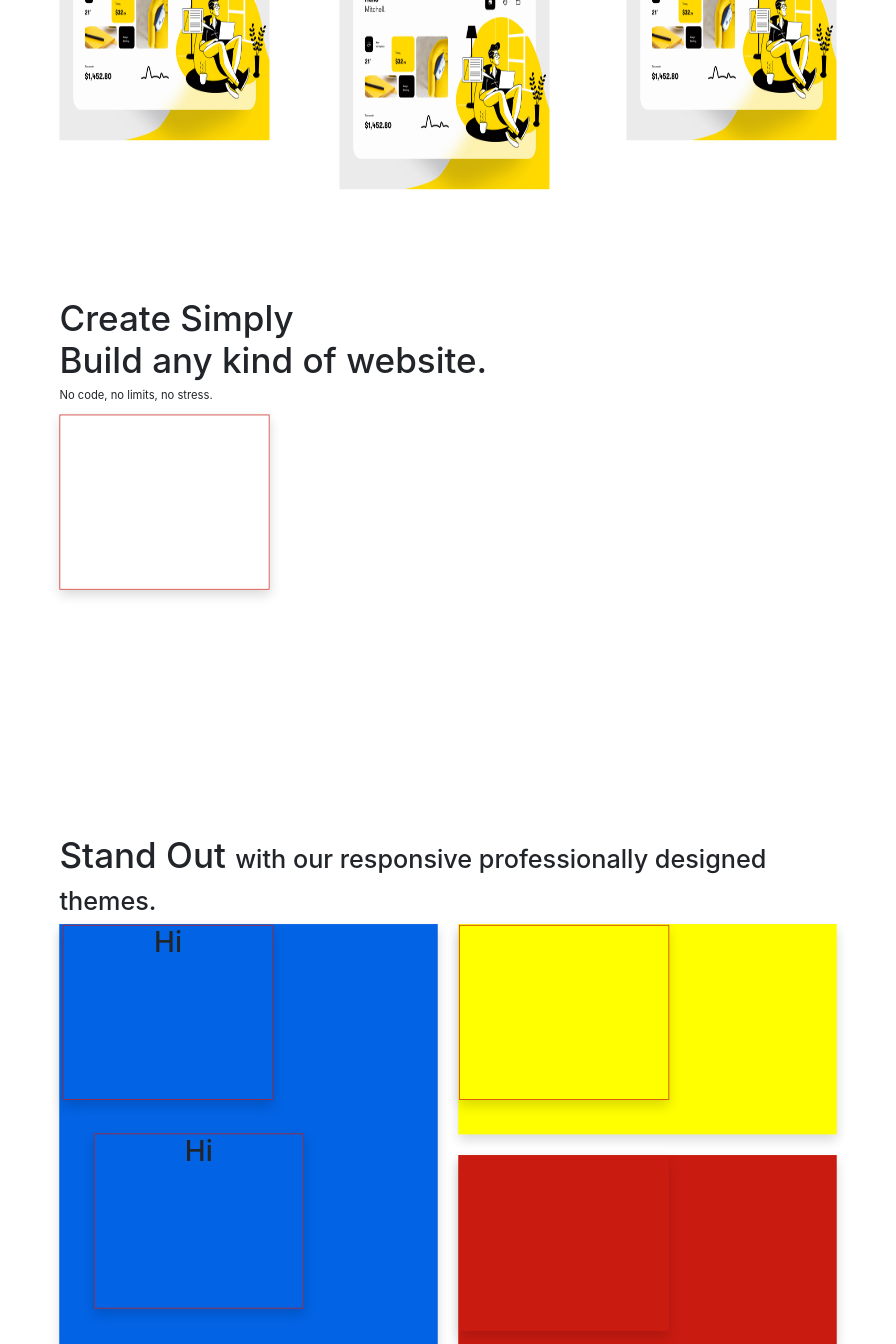
Repository: latenightsnacc/Static-Web-Projects
Page: Dunno Yet/index.html
The author's editor kept a copy of each file at every save. The page is drawn from the files as they stood at one save, then again after the next save.
The browser window is 1280 px wide. The pictures show the part of the page from y = 1016 to 2936 px (the page is 2936 px tall), at 70% of full size.
The style sheet was rebuilt from its Sass, Less or Tailwind sources for each picture, by a compiler version that may differ from the author's.

Above is the page before, as saved 2020-11-11 10:22:45.

### Dunno Yet/index.html
<!DOCTYPE html>
<html lang="en">
<head>
    <meta charset="UTF-8">
    <meta name="viewport" content="width=device-width, initial-scale=1.0">
    <!--Tailwind CDN-->
    <link rel="stylesheet" href="https://cdnjs.cloudflare.com/ajax/libs/tailwindcss/1.9.6/base.min.css" integrity="sha512-hEjkvMSM0ql6VJcNK0gTmjt9ar8F2yHeBUbJKtyvQhkkbGMhiJ4+MaiB8XxsthLAHJx5vy2I9dN0un8HiWG2LA==" crossorigin="anonymous" />
    <link rel="stylesheet" href="https://cdnjs.cloudflare.com/ajax/libs/tailwindcss/1.9.6/components.min.css" integrity="sha512-TizAONqhvXjEfRPhptSUkZNVU497PzAnXNGNUoeOjeni4dHpJ+ak+ZsyoGna20LH/yg1PvdufN1VbnVQeVDftg==" crossorigin="anonymous" />
    <link rel="stylesheet" href="https://cdnjs.cloudflare.com/ajax/libs/tailwindcss/1.9.6/tailwind.css" integrity="sha512-HY1FOTeAX9idUBWDhVDrBg8QUHBisKVQ4BCVj1jFo5z76mk87w4Rr5YGP8nBkcGmoMzqYvdeXHMOg/olF45z3g==" crossorigin="anonymous" />
    <link rel="stylesheet" href="https://cdnjs.cloudflare.com/ajax/libs/tailwindcss/1.9.6/utilities.min.css" integrity="sha512-0QJfuLKyYJWGB5hKArJW67xqMLDlR8YaLM/ZuW2mRn4NRwHNsGm7UuREc5Fu7jONHyewPKnGODY0N8G+FQbfxg==" crossorigin="anonymous" />
    <!--Bootstrap CDN-->
    <link rel="stylesheet" href="https://cdn.jsdelivr.net/npm/bootstrap@4.5.3/dist/css/bootstrap.min.css" integrity="sha384-TX8t27EcRE3e/ihU7zmQxVncDAy5uIKz4rEkgIXeMed4M0jlfIDPvg6uqKI2xXr2" crossorigin="anonymous">
    <!--Custom Stylesheet-->
    <link rel="stylesheet" href="styles/stylesheet.css">
    <!-- <link rel="stylesheet" href="styles/loader.css"> -->
    <title>Home</title>
</head>
<body>
        <!--PreLoader-->
<div class="loader_bg">
    <div class="loader"></div>
</div>
    <!--Navbar-->
    <nav class="navbar navbar-expand-lg navbar-light  bg-transparent fixed-top p-3 mb-5 bg-white rounded" id="navbar">
        <div class="container">
            <a class="navbar-brand" href="#">Navbar</a>
            <button class="navbar-toggler" type="button" data-toggle="collapse" data-target="#navbarNavDropdown" aria-controls="navbarNavDropdown" aria-expanded="false" aria-label="Toggle navigation">
              <span class="navbar-toggler-icon"></span>
            </button>
            <div class="collapse navbar-collapse" id="navbarNavDropdown">
              <ul class="navbar-nav ml-auto">
                <li class="nav-item active">
                  <a class="nav-link" href="#">Home</a>
                </li>
                <li class="nav-item dropdown">
                    <a class="nav-link dropdown-toggle" href="#" id="navbarDropdownMenuLink" role="button" data-toggle="dropdown" aria-haspopup="true" aria-expanded="false">
                      Products
                    </a>
                    <div class="dropdown-menu" aria-labelledby="navbarDropdownMenuLink">
                      <a class="dropdown-item" href="#">Blog</a>
                      <a class="dropdown-item" href="#">Website</a>
                      <a class="dropdown-item" href="#">E-commerce</a>
                      <a class="dropdown-item" href="#">Domain</a>
                      <a class="dropdown-item" href="#">Hosting</a>
                    </div>
                  </li>
                <li class="nav-item">
                  <a class="nav-link" href="#">Pricing</a>
                </li>
                <li class="nav-item">
                    <a class="nav-link" href="#">Login</a>
                </li>
                <li class="nav-item">
                    <a class="nav-link btn" href="#">Get Started</a>
                </li>
              </ul>
            </div>
        </nav>
    </div>
    <!-- End of Navbar-->


    <!--Banner-->
    <section class="min-h-screen" id="banner">
        <div class="container">
            <div class="row pt-5">
                <!--Banner Text-->
                <div class="col-xs-12 col-s-12 col-md-6 col-lg-6 col-xl-6">
                    <div class="text-box banner-txt">
                        <h1 class="">Earn Money, <br/> While you sleep.</h1>
                        <h5 class="">Lorem ipsum dolor sit amet consectetur adipisicing.</h5>
                        <button class="bg-blue-500 hover:bg-blue-700 text-white font-bold py-2 px-4 rounded">Start</button>
                    </div>
                </div>
                <!--Banner Image-->
                <div class="col-xs-12 col-s-12 col-md-6 col-lg-6 col-xl-6">
                    <a href="#">
                        <img class="banner-img" src="assets/video-conferencing.jpeg" alt="banner image"/>
                    </a>
                </div>
            </div>
        </div>
    </section>
    <!--End of Banner-->

    <!--Services-->
    <section class="min-h-screen" id="services">
        <div class="container">
            <div class="absolute-box">
                <div class="title-box text-center">
                    <h2 class="section-title pb-5"><span class="">Get a website.</span> <span class="color">Sell your products.</span><br/><span class="hi">Start a blog.</span> </h2>
                </div>
                <div class="images">
                    <div class="img-1 ">
                        <a href="#">
                            <img src="assets/Template-1.jpg" alt="Build a website" />
                        </a>
                    </div>
                    <div class="img-2 motion-reduce:animate-bounce">
                        <a href="#">
                            <img src="assets/Template-1.jpg" alt="Build a website" />
                        </a>
                    </div>
                    <div class="img-3">
                        <a href="#">
                            <img src="assets/Template-1.jpg" alt="Build a website" />
                        </a>
                    </div>
                </div>
            </div>
        </div>
    </section>
    <!--End of Services-->

    <!--Templates-->
    <section class="min-h-screen mb-5" id="templates">
        <div class="container">
            <div class="title-box">
                <h2 class="section-title">Create Simply <br/> Build any kind of website.</h2>
                <p>No code, no limits, no stress.</p>
            </div>
            <div class="row">
                <div class="col-xs-12 col-s-12 col-md-6 col-lg-4 col-xl-4">
                    <div class="clear-box"></div>
                </div>
                <div class="col-xs-12 col-s-12 col-md-6 col-lg-4 col-xl-4"></div>
                <div class="col-xs-12 col-s-12 col-md-6 col-lg-4 col-xl-4"></div>
                <div class="col-xs-12 col-s-12 col-md-6 col-lg-4 col-xl-4"></div>
            </div>
        </div>
    </section>
    <!--End of Themes-->
    <!--Themes-->
    <section class="min-h-screen mt-5" id="themes">
        <div class="container">
            <div class="title-box">
                <h2 class="section-title">Stand Out <span class="text-4xl">with our responsive professionally designed themes.</h2>
            </div>
            <div class="row">
                <div class="col-xs-12 col-s-12 col-md-6 col-lg-6 col-xl-6">
                    <div id="clr1" class="text-center ">
                        <div class="row flex-wrap">
                            <div class="col ml-1 mb-5">
                                <div class="clear-box shadow bg-transparent">
                                    <h1>Hi</h1>
                                </div>
                            </div>
                            <div class="col ml-5 mb-5">
                                <div class="clear-box shadow bg-transparent">
                                    <h1>Hi</h1>
                                </div>
                            </div>
                        </div>
                    </div>
                </div>
                <div class="col-xs-12 col-s-12 col-md-6 col-lg-6 col-xl-6">
                    <div class="row flex-wrap">
                        <div class="col-xs-12 col-s-12 col-md-12 col-lg-12 col-xl-12">
                            <div id="clr2">
                                <div class="clear-box shadow bg-transparent"></div>
                            </div>
                        </div>
                        <div class="col-xs-12 col-s-12 col-md-12 col-lg-12 col-xl-12">
                            <div id="clr3">
                                <div class="clear-box shadow bg-transparent"></div>
                            </div>
                        </div>
                    </div>
                </div>
            </div>
        </div>
    </section>
    <!--End of Themes-->

    <!--Footer-->
    <div class="footer">
        <div class="container"></div>
    </div>

    <!--Bootstrap Scripts-->
    <script src="https://code.jquery.com/jquery-3.5.1.slim.min.js" integrity="sha384-DfXdz2htPH0lsSSs5nCTpuj/zy4C+OGpamoFVy38MVBnE+IbbVYUew+OrCXaRkfj" crossorigin="anonymous"></script>
    <script src="https://cdn.jsdelivr.net/npm/popper.js@1.16.1/dist/umd/popper.min.js" integrity="sha384-9/reFTGAW83EW2RDu2S0VKaIzap3H66lZH81PoYlFhbGU+6BZp6G7niu735Sk7lN" crossorigin="anonymous"></script>
    <script src="https://cdn.jsdelivr.net/npm/bootstrap@4.5.3/dist/js/bootstrap.min.js" integrity="sha384-w1Q4orYjBQndcko6MimVbzY0tgp4pWB4lZ7lr30WKz0vr/aWKhXdBNmNb5D92v7s" crossorigin="anonymous"></script>

    <script>
        setTimeout(function(){
            $('.loader_bg').fadeToggle();
        }, 2500);
    </script>
</body>
</html>

### Dunno Yet/styles/stylesheet.scss
@import'variables';

*{
    box-sizing: border-box;
    margin: 0;
    padding: 0;
    text-decoration: none;
    list-style: none;
    font-family: -apple-system, BlinkMacSystemFont, 'Segoe UI', Roboto, Oxygen, Ubuntu, Cantarell, 'Open Sans', 'Helvetica Neue', sans-serif;
    button {
        outline: none;
    }
    a {
        text-decoration: none;
        &:hover {
            text-decoration: none;
        }
    }
}

.banner-txt {
    h1 {
        font-size: 64px;
        color: blue;
    }

}
img.banner-img {
    width: 400px;
    height: 500px;
}
.text-box {
    display: flex;
    flex-direction: column;
    height: 100%;
    justify-content: center;
    align-items: flex-start;
}
.section-title {
    font-size: 50px;
}
.absolute-box {
    position: relative;
    .images {
        position: absolute;
        width: 100%;
        height: 100%;

        img {
            width: 300px;
            height: 350px;
        }

        .img-1 {
            position: absolute;
            top: -30px;
            left: 0px;

        }
        .img-2 {
            position: absolute;
            top: 40px;
            left: 400px;

        }
        .img-3 {
            position: absolute;
            top: -30px;
            right: 0px;

        }
    }
}
#clr1 {
    background-color: $blue;
    width: 100%;
    height: 600px;
    border: 1px solid $blue;
    box-shadow: 0 .5rem 1rem rgba(0,0,0,.15)!important;
}
#clr2 {
    background-color: $yellow;
    width: 100%;
    height: 300px;
    border: 1px solid $yellow;
    margin-bottom: 30px;
    box-shadow: 0 .5rem 1rem rgba(0,0,0,.15)!important;
}
#clr3 {
    background-color: $red;
    width: 100%;
    height: 270px;
    border: 1px solid $red;
    box-shadow: 0 .5rem 1rem rgba(0,0,0,.15)!important;
}
.clear-box {
    width: 300px;
    height: 250px;
    border: 1px solid $red;
    box-shadow: 0 .5rem 1rem rgba(0,0,0,.15)!important;
}

### Dunno Yet/styles/_variables.scss
@import url('https://fonts.googleapis.com/css2?family=Chewy&display=swap');
$font: -apple-system, BlinkMacSystemFont, 'Segoe UI', Roboto, Oxygen, Ubuntu, Cantarell, 'Open Sans', 'Helvetica Neue', sans-serif;
$FONT1: 'Chewy', cursive;
$primary: #fff;
$darkB: #02081d;
$lightB: #cce1ea;
$blue: #0263e4;
$red: #ca1b11;
$yellow : yellow;
$dB: #081a5a;

After the next save:
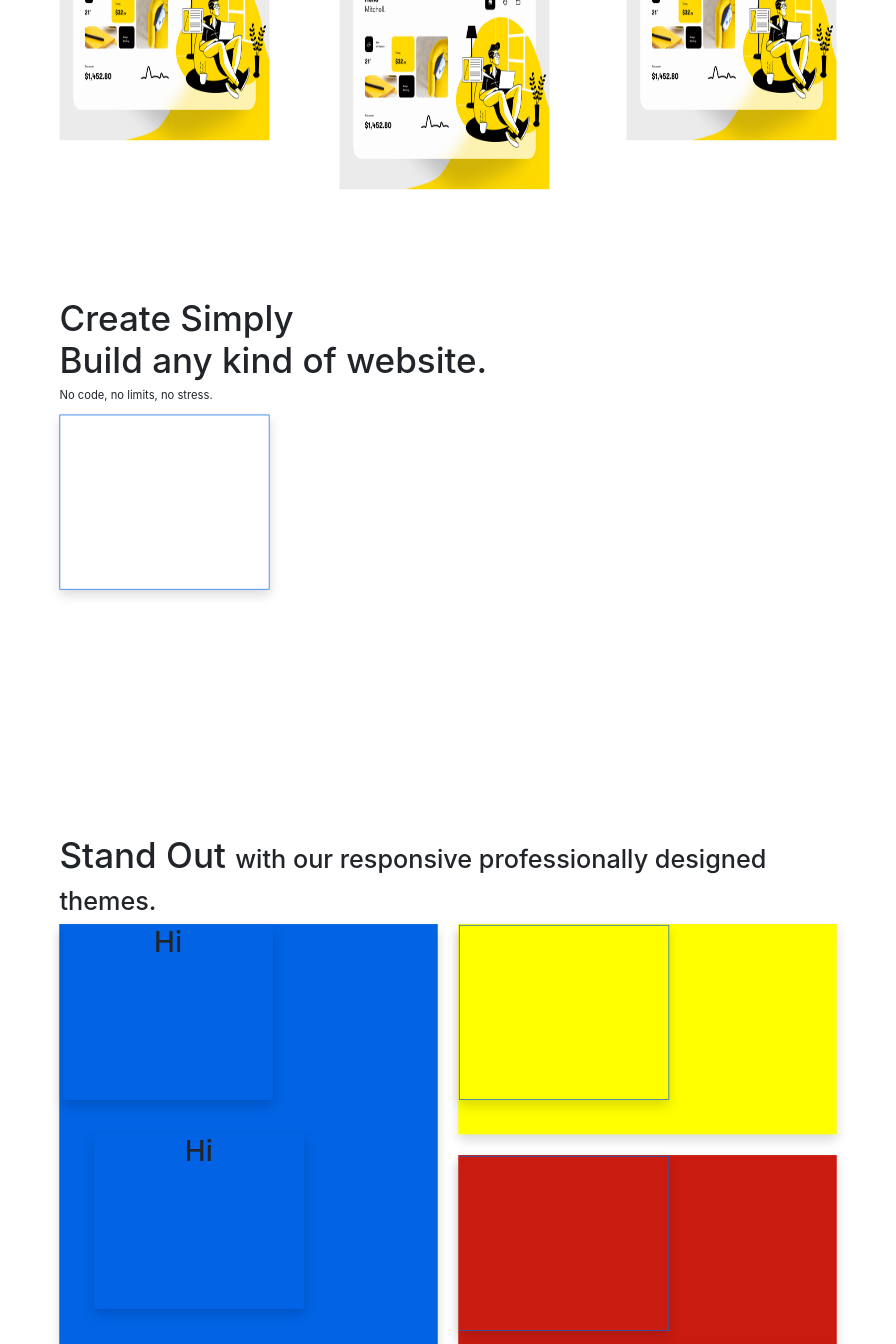
Saved 15 s later.
--- a/Dunno Yet/styles/stylesheet.scss
+++ b/Dunno Yet/styles/stylesheet.scss
@@ -96,6 +96,6 @@ img.banner-img {
 .clear-box {
     width: 300px;
     height: 250px;
-    border: 1px solid $red;
+    border: 1px solid $blue;
     box-shadow: 0 .5rem 1rem rgba(0,0,0,.15)!important;
 }
